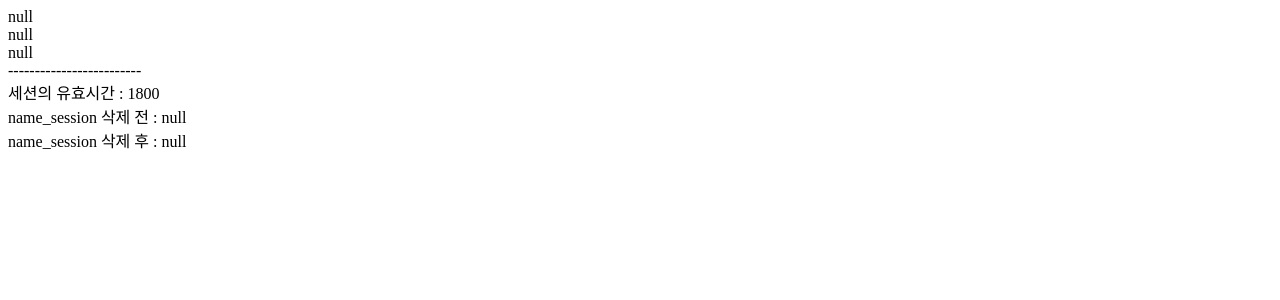
Repository: Yingjae/jsp_practice
Page: http://localhost/JSPBasic/JspObject/5.session/session_check.jsp
These files come from the project's save history. The page is drawn as it stood at one moment and after the next save; the edit follows.
The browser window is 1280 px wide. The pictures show the whole page.
The page is served by Tomcat 9.

Above is the page before, as saved 2022-02-08 01:19:11.

### JSPBasic/src/main/webapp/JspObject/5.session/session_check.jsp
<%@ page language="java" contentType="text/html; charset=UTF-8"
    pageEncoding="UTF-8"%>
<%
	/*
		- 세션에 저장된 데이터는 브라우저 창이 종료될 때 까지, 혹은 세션의
		  유효시간이 만료되기 전 까지 웹어플리케이션의 모든 JSP페이지에서 사용할 수 있습니다.

		- 세션에 저장된 데이터를 가져오려면 session 객체의 getAttribute() 메서드를
		  사용하며, 매개값으로 가져올 데이터의 세션 이름을 적어줍니다.
	*/
	String userId = (String)session.getAttribute("id_session");
	out.println(userId + "<br/>");

	String name = (String)session.getAttribute("name_session");
	out.println(name + "<br/>");

	String jsp = (String)session.getAttribute("JSP");
	out.println(jsp + "<br/>");
	out.println("-------------------------<br/>");

	// 세션의 유효시간은 아래의 메서드를 사용합니다.
	// 기본 시간은 30분으로 세팅되어 있고(디폴트) 바꾼다면 초 단위로 바꿀 수 있습니다.
	session.setMaxInactiveInterval(1800);
	// getMaxInactiveInterval()로 남은시간 조회 가능
	int sTime = session.getMaxInactiveInterval();
	out.println("세션의 유효시간 : " + sTime + "<br/>");

	// 특정 세션 데이터만 삭제하기
	name = (String)session.getAttribute("name_session");
	out.println("name_session 삭제 전 : " + name + "<br/>");

	// 특정한 세션만 삭제시는 .removeAttribute("세션이름"); 을 이용해 삭제합니다.
	// name_session 삭제 후 삭제가 잘 되었는지 화면에 찍어서 확인까지 해보세요.
	session.removeAttribute("name_session");

	name = (String)session.getAttribute("name_session");
	out.println("name_session 삭제 후 : " + name + "<br/>");
%>
<!DOCTYPE html>
<html>
<head>
<meta charset="UTF-8">
<title>Insert title here</title>
</head>
<body>

</body>
</html>

After the next save:
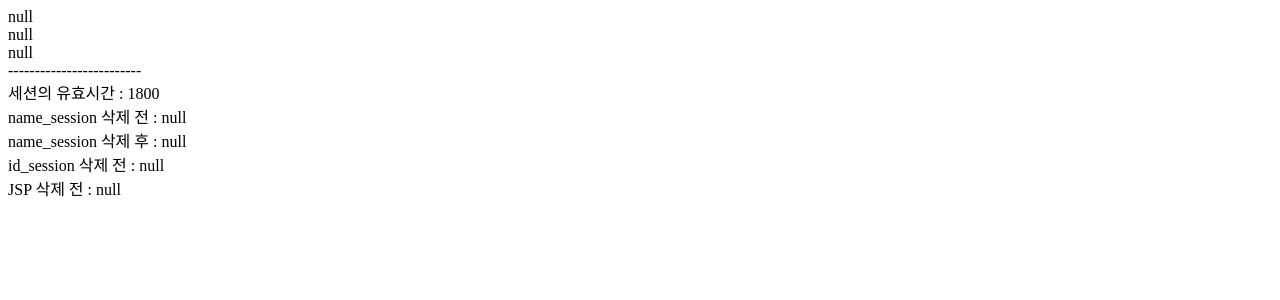
Saved 3 min 53 s later.
--- a/JSPBasic/src/main/webapp/JspObject/5.session/session_check.jsp
+++ b/JSPBasic/src/main/webapp/JspObject/5.session/session_check.jsp
@@ -35,6 +35,12 @@
 
 	name = (String)session.getAttribute("name_session");
 	out.println("name_session 삭제 후 : " + name + "<br/>");
+
+	// 세션 일괄적으로 삭제하기
+	userId = (String)session.getAttribute("id_session");
+	out.println("id_session 삭제 전 : " + userId + "<br/>");
+	jsp = (String)session.getAttribute("jsp_session");
+	out.println("JSP 삭제 전 : " + jsp + "<br/>");
 %>
 <!DOCTYPE html>
 <html>
